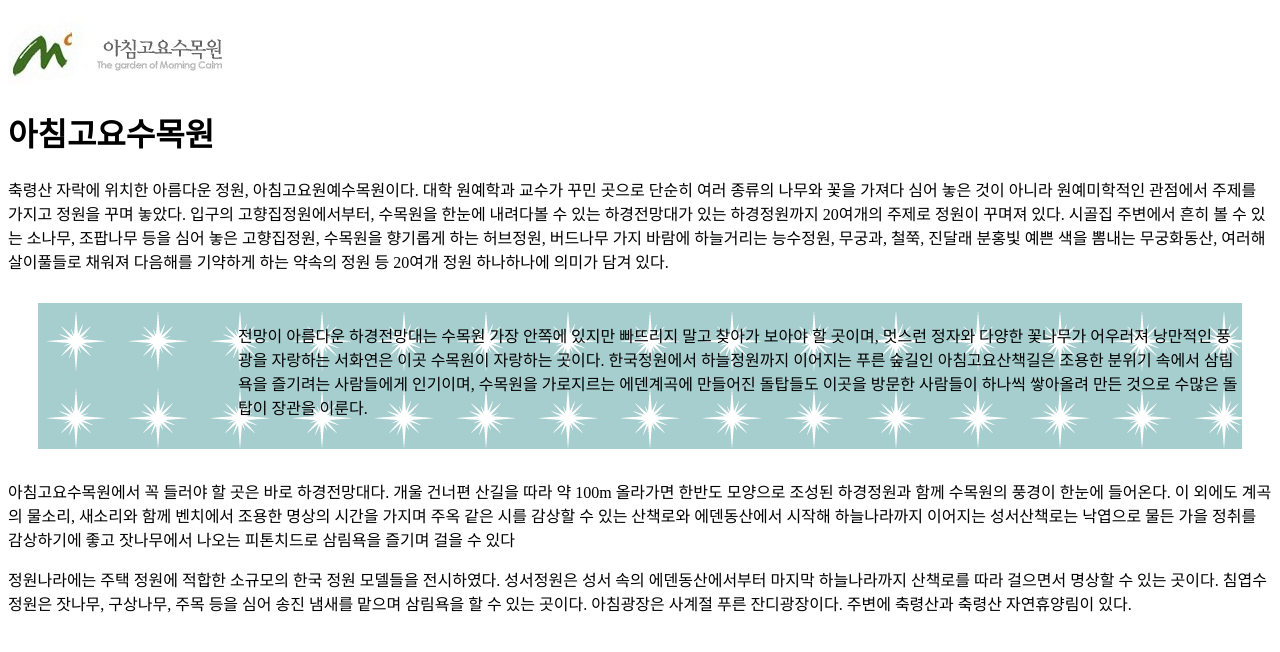
Repository: wishinghyun/multicampus
Page: webwork/clientweb/WebContent/css/boxmodel_exam.html
The author's editor kept a copy of each file at every save. The page is drawn from the files as they stood at one save, then again after the next save.
The browser window is 1280 px wide. The pictures show the whole page.

Above is the page before, as saved 2020-01-03 06:32:24.

### webwork/clientweb/WebContent/css/boxmodel_exam.html
<!DOCTYPE html>
<html>
<head>
	<meta charset="EUC-KR">
	<title>Insert title here</title>
	<style type="text/css">
		#myid{
			background-color: #a7cece;
			padding-top: 20px;
			padding-bottom: 30px;
			padding-left: 200px;
			margin: 30px;
			background-image: url("../images/background.gif");
			background-repeat: repeat;
		}
	</style>
 </head>
<body>
	<p><img src="../images/logo.jpg" alt="아침고요수목원" /></p>
    <h1>아침고요수목원</h1>
    <p>
     축령산 자락에 위치한 아름다운 정원, 아침고요원예수목원이다. 대학 원예학과 교수가 꾸민 곳으로 단순히 여러 종류의 나무와
     꽃을 가져다 심어 놓은 것이 아니라 원예미학적인 관점에서 주제를 가지고 정원을 꾸며 놓았다. 입구의 고향집정원에서부터,
     수목원을 한눈에 내려다볼 수 있는 하경전망대가 있는 하경정원까지 20여개의 주제로 정원이 꾸며져 있다.
     시골집 주변에서 흔히 볼 수 있는 소나무, 조팝나무 등을 심어 놓은 고향집정원, 수목원을 향기롭게 하는 허브정원,
      버드나무 가지 바람에 하늘거리는 능수정원, 무궁과, 철쭉, 진달래 분홍빛 예쁜 색을 뽐내는 무궁화동산, 여러해살이풀들로
      채워져 다음해를 기약하게 하는 약속의 정원 등 20여개 정원 하나하나에 의미가 담겨 있다.


    </p>
    <p id="myid">
     전망이 아름다운 하경전망대는 수목원 가장 안쪽에 있지만 빠뜨리지 말고 찾아가 보아야 할 곳이며, 멋스런 정자와 다양한 꽃나무가
     어우러져 낭만적인 풍광을 자랑하는 서화연은 이곳 수목원이 자랑하는 곳이다. 한국정원에서 하늘정원까지 이어지는 푸른 숲길인
     아침고요산책길은 조용한 분위기 속에서 삼림욕을 즐기려는 사람들에게 인기이며, 수목원을 가로지르는 에덴계곡에 만들어진
      돌탑들도 이곳을 방문한 사람들이 하나씩 쌓아올려 만든 것으로 수많은 돌탑이 장관을 이룬다.

    </p>

    <p>
      아침고요수목원에서 꼭 들러야 할 곳은 바로 하경전망대다. 개울 건너편 산길을 따라 약 100m 올라가면 한반도 모양으로 조성된
      하경정원과 함께 수목원의 풍경이 한눈에 들어온다. 이 외에도 계곡의 물소리, 새소리와 함께 벤치에서 조용한 명상의 시간을
      가지며 주옥 같은 시를 감상할 수 있는 산책로와 에덴동산에서 시작해 하늘나라까지 이어지는 성서산책로는 낙엽으로 물든 가을
       정취를 감상하기에 좋고 잣나무에서 나오는 피톤치드로 삼림욕을 즐기며 걸을 수 있다


    </p>
    <p>
      정원나라에는 주택 정원에 적합한 소규모의 한국 정원 모델들을 전시하였다. 성서정원은 성서 속의 에덴동산에서부터 마지막
      하늘나라까지 산책로를 따라 걸으면서 명상할 수 있는 곳이다. 침엽수정원은 잣나무, 구상나무, 주목 등을 심어 송진 냄새를
       맡으며 삼림욕을 할 수 있는 곳이다. 아침광장은 사계절 푸른 잔디광장이다. 주변에 축령산과 축령산 자연휴양림이 있다.


    </p>

</body>
</html>

After the next save:
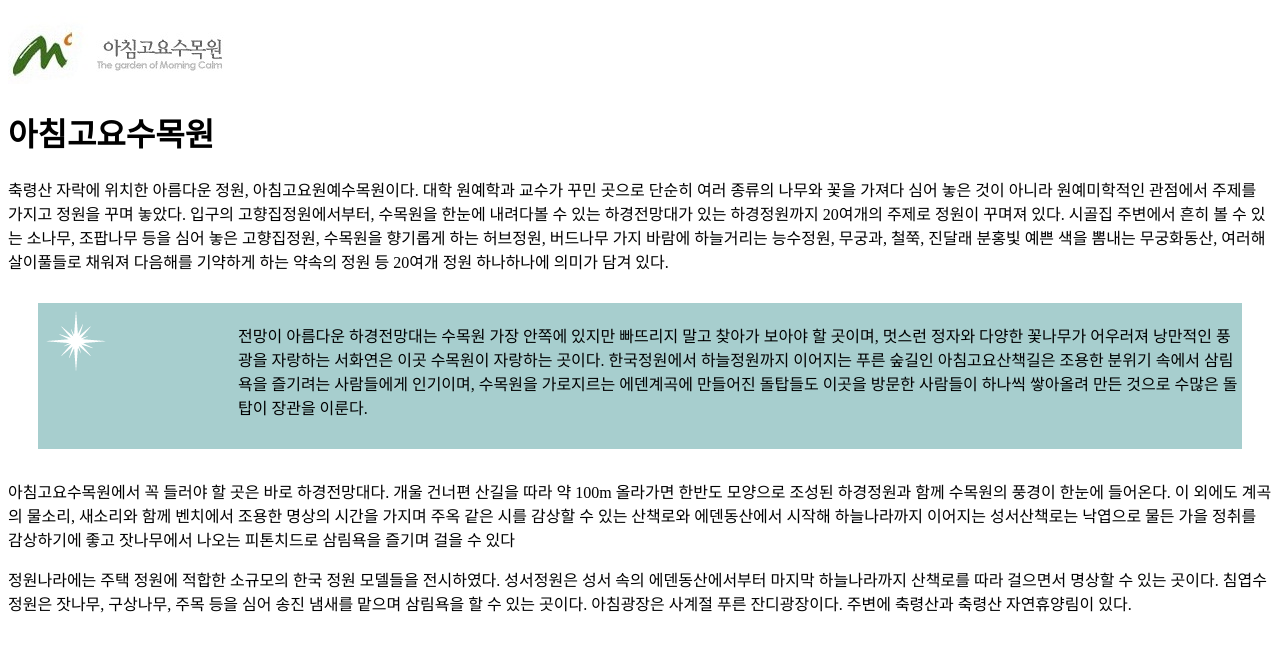
Saved 12 s later.
--- a/webwork/clientweb/WebContent/css/boxmodel_exam.html
+++ b/webwork/clientweb/WebContent/css/boxmodel_exam.html
@@ -11,7 +11,7 @@
 			padding-left: 200px;
 			margin: 30px;
 			background-image: url("../images/background.gif");
-			background-repeat: repeat;
+			background-repeat: no-repeat;
 		}
 	</style>
  </head>
